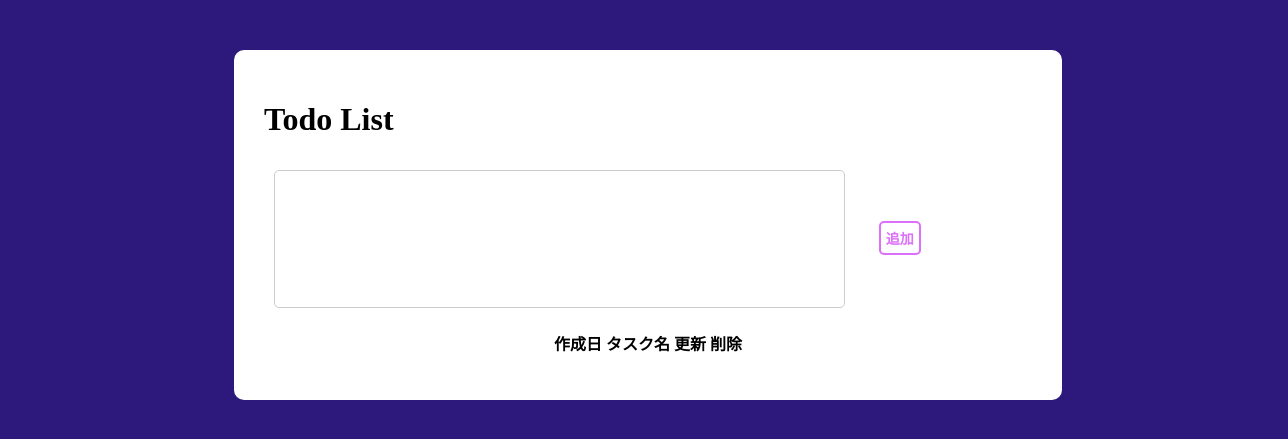
Repository: oninopantsu/20210529onoma
Page: http://localhost/todo/create
These files come from the project's save history. The page is drawn as it stood at one moment and after the next save; the edit follows.
The browser window is 1280 px wide. The page is 1288 px wide, so the pictures cover 1288 px, including what lies to the right of the window. The pictures show the whole page.
The page is served by the project's Laravel application, run on PHP 8.4 with Laravel 8. Queries for data that is not in the repository find no rows.

Above is the page before, as saved 2021-06-05 16:39:44.

After the next save:
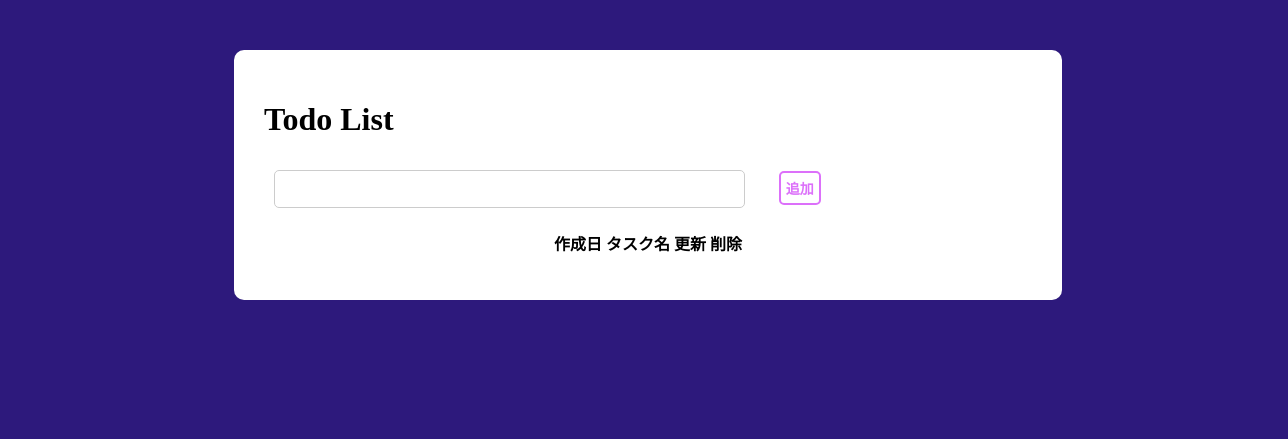
Saved 5 s later.
--- a/resources/views/index.blade.php
+++ b/resources/views/index.blade.php
@@ -39,7 +39,7 @@
 
     .list {
       width: 60%;
-      padding: 60px;
+      padding: 10px;
     }
 
     .submit {
